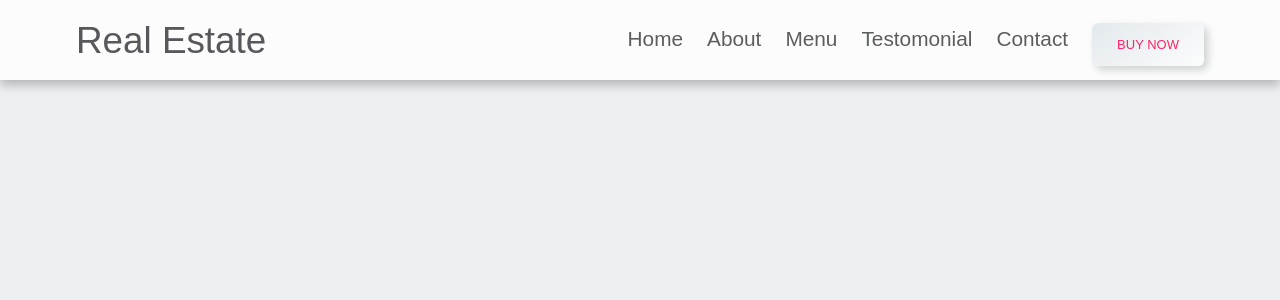
Repository: Sanjayjangra88/PortFolio
Page: /
These files come from the project's save history. The page is drawn as it stood at one moment and after the next save; the edit follows.
The browser window is 1280 px wide. The pictures show the whole page.
Some web libraries are served in a nearby version. The project was rebuilt for these pictures with package versions that can differ from the ones it lists, and the page was loaded fresh each time. Imported but missing from the stored project, and not drawn on this page: src/Components/Header/Navbar.

Above is the page before, as saved 2022-09-10 16:51:13.

### public/index.html
<!DOCTYPE html>
<html lang="en">
  <head>
    <meta charset="utf-8" />
    <link rel="icon" href="%PUBLIC_URL%/favicon.ico" />
    <meta name="viewport" content="width=device-width, initial-scale=1" />
    <meta name="theme-color" content="#000000" />
    <meta
      name="description"
      content="Web site created using create-react-app"
    />
    <link rel="apple-touch-icon" href="%PUBLIC_URL%/logo192.png" />
    <!--
      manifest.json provides metadata used when your web app is installed on a
      user's mobile device or desktop. See https://developers.google.com/web/fundamentals/web-app-manifest/
    -->
    <link rel="manifest" href="%PUBLIC_URL%/manifest.json" />
    <link rel="stylesheet" href="https://cdnjs.cloudflare.com/ajax/libs/font-awesome/6.1.1/css/all.min.css" integrity="sha512-KfkfwYDsLkIlwQp6LFnl8zNdLGxu9YAA1QvwINks4PhcElQSvqcyVLLD9aMhXd13uQjoXtEKNosOWaZqXgel0g==" crossorigin="anonymous" referrerpolicy="no-referrer" />

    <!--
      Notice the use of %PUBLIC_URL% in the tags above.
      It will be replaced with the URL of the `public` folder during the build.
      Only files inside the `public` folder can be referenced from the HTML.

      Unlike "/favicon.ico" or "favicon.ico", "%PUBLIC_URL%/favicon.ico" will
      work correctly both with client-side routing and a non-root public URL.
      Learn how to configure a non-root public URL by running `npm run build`.
    -->

    <link rel="manifest" href="%PUBLIC_URL%/manifest.json" />
    <link href="https://cdn.jsdelivr.net/npm/bootstrap@5.0.2/dist/css/bootstrap.min.css" rel="stylesheet" integrity="sha384-EVSTQN3/azprG1Anm3QDgpJLIm9Nao0Yz1ztcQTwFspd3yD65VohhpuuCOmLASjC" crossorigin="anonymous">
    <title>React App</title>
  </head>
  <body>
    <noscript>You need to enable JavaScript to run this app.</noscript>
    <div id="root"></div>
    <script src="https://kit.fontawesome.com/7578c5a215.js" crossorigin="anonymous"></script>
    <!--
      This HTML file is a template.
      If you open it directly in the browser, you will see an empty page.

      You can add webfonts, meta tags, or analytics to this file.
      The build step will place the bundled scripts into the <body> tag.

      To begin the development, run `npm start` or `yarn start`.
      To create a production bundle, use `npm run build` or `yarn build`.
    -->

    <script src="https://cdn.jsdelivr.net/npm/@popperjs/core@2.9.2/dist/umd/popper.min.js" integrity="sha384-IQsoLXl5PILFhosVNubq5LC7Qb9DXgDA9i+tQ8Zj3iwWAwPtgFTxbJ8NT4GN1R8p" crossorigin="anonymous"></script>
<script src="https://cdn.jsdelivr.net/npm/bootstrap@5.0.2/dist/js/bootstrap.min.js" integrity="sha384-cVKIPhGWiC2Al4u+LWgxfKTRIcfu0JTxR+EQDz/bgldoEyl4H0zUF0QKbrJ0EcQF" crossorigin="anonymous"></script>
  </body>
</html>

### src/App.js
import React from 'react'
import Header from './Components/Header/Header';
import "./App.css"

import Navbar from './Components/Header/Navbar';

const App = () => {
  return (
    <>
      <Header/>
      {/* <Navbar/> */}
    </>
  )
}

export default App

### src/Components/Header/Header.jsx
import React, { useState } from "react"
import "./header.css"
import logo from "../Pic/logo.png"

const Header = () => {
return (
    <>
      {/* <header className='header'>
        <div className='container d_flex'>
          <div className='logo'>
            <img src={logo} alt='' />
          </div>

          <div className='navlink'>
            <ul className="nav-links-mobile">
              <li>
                <a href='#home'>home</a>
              </li>
              <li>
                <a href='#features'>features</a>
              </li>
              <li>
                <a href='#portfolio'>portfolio</a>
              </li>
              <li>
                <a href='#resume'>resume</a>
              </li>
              <li>
                <a href='#clients'>clients</a>
              </li>
              <li>
                <a href='#blog'>blog</a>
              </li>
              <li>
                <a href='#contact'>contact</a>
              </li>
              <li>
                <button className='home-btn'>BUY NOW</button>
              </li>
            </ul>

            <button className='toggle' onClick={() => setMobile(!Mobile)}>
              {Mobile ? <i className='fas fa-times close home-btn'></i> : <i className='fas fa-bars open'></i>}
            </button>
          </div>
        </div>
      </header> */}
        <nav className='navbar'>
        <div className='navbar-container container'>
            <input type="checkbox"name=""id=""/>
            <div className="hamburger-lines">
                <span className='line line1'></span>
                <span className='line line2'></span>
                <span className='line line3'></span>
            </div>
            <ul className='menu-items'>
                <li><a href='#'>Home</a></li>
                <li><a href='#'>About</a></li>
                <li><a href='#'>Menu</a></li>
                <li><a href='#'>Testomonial</a></li>
                <li><a href='#'>Contact</a></li>
                <li><button className='home-btn'>BUY NOW</button></li>

            </ul>
            <h1 className='logo'>Real Estate</h1>

        </div>
        </nav>
      <section className="demo"></section>
    </>
  )
}

export default Header

### src/App.css
@import url('https://fonts.googleapis.com/css2?family=Dancing+Script&family=EB+Garamond:ital,wght@1,500&family=Roboto+Slab:wght@300&display=swap');
* {
  padding: 0;
  margin: 0;
  box-sizing: border-box;
}
html {
  scroll-behavior: smooth;
}
body {
  font-family: "Poppins", sans-serif;
  background-color: #ecf0f3;
}
.container {
  max-width: 95%;
  margin: auto;
}
.d_flex {
  display: flex;
  justify-content: space-between;
}
.f_flex {
  display: flex;
}
a {
  text-decoration: none;
  color: black;
}
li {
  list-style: none;
}
.uppercase {
  text-transform: uppercase;
}
.capitalize {
  text-transform: capitalize;
}

button {
  border: none;
  outline: none;
  background-color: none;
}

.btn_shadow {
  padding: 18px 25px;
  border-radius: 6px;
  transition: 0.3s all ease;
  cursor: pointer;
  color: #000;
  transition: 0.5s;
}
.btn_shadow {
  background: linear-gradient(145deg, #e2e8ec, #ffffff);
  box-shadow: 4px 4px 8px #cbcbcb, -4px -4px 8px #ffffff;
}
.btn_shadow:hover {
  background: #ff014f;
  color: white;
  transform: translateY(-10px);
}
.box_shodow {
  background: linear-gradient(145deg, #e2e8ec, #ffffff);
  box-shadow: 4px 4px 8px #cbcbcb, -4px -4px 8px #ffffff;
  border-radius: 10px;
}
.row,
.left,
.right {
  width: 50%;
}
.top {
  margin-top: 80px;
}
.mtop {
  margin-top: 40px;
}
.heading {
  margin: 50px 0 50px 0;
}
.heading h4 {
  color: #ff014f;
  letter-spacing: 2px;
  font-weight: 400;
}
.heading h1 {
  font-size: 60px;
  color: #3c3e41;
}
h1 {
  color: #3c3e41;
}
.grid {
  display: grid;
  grid-template-columns: repeat(3, 1fr);
  grid-gap: 35px;
}
p {
  color: #3c3e41;
}
.text-center {
  text-align: center;
}
.primary_color {
  color: #ff014f;
}
textarea,
input {
  width: 100%;
  padding: 20px;
  border-radius: 5px;
  outline: none;
  border: 3px solid #e2e8ec;
  margin-bottom: 20px;
}
/*----------Footer---------*/
footer {
  margin: 20% 0 10% 0;
}
footer p {
  margin-top: 30px;
}
/*----------Footer---------*/
@media (max-width: 768px) {
  .grid {
    grid-template-columns: repeat(2, 1fr);
  }
  .left,
  .right {
    width: 100%;
  }
  }

### src/Components/Header/header.css
/* header {
  height: 10vh;
  line-height: 10vh;
}
header .container {
  padding-top: 15px;
}
header ul li {
  margin-left: 30px;
}
header ul li a {
  transition: 0.5s;
  font-size: 13px;
  font-weight: 500;
  letter-spacing: 2px;
}
header ul li a:hover {
  color: #ff014f;
}
.home-btn {
  padding: 18px 25px;
  height: 1vh;
  line-height: 1vh;
  /* font-size: 13px; */
  /* border-radius: 6px;
  transition: 0.3s all ease;
  cursor: pointer;
  height: fit-content;
  color: #ff014f;

}
.home-btn {
  background: linear-gradient(145deg, #e2e8ec, #ffffff);
  box-shadow: 4px 4px 8px #cbcbcb, -4px -4px 8px #ffffff;
}
.home-btn:hover {
  background: #ff014f;
  color: white;
}
.toggle {
  display: none;
}

.header.active {
  height: 12vh;
  position: fixed;
  top: 0;
  z-index: 1000;
  width: 100%;
  background-color: #ecf0f3;
  box-shadow: -1px 11px 24px -11px rgba(0, 0, 0, 0.75);
  transition: 0.5s;
}
@media (max-width:768px) {
  header ul {
    padding-top: 30px;
  }
  .nav-links-mobile {
    position: absolute;
    display: block;
    list-style: none;
    box-shadow: rgba(50, 50, 93, 0.23) 0px 50px 100px -20px, rgba(0, 0, 0, 0.3) 0px 30px 60px -30px;
    left: 0;
    top: 0;
    transition: all 0.5s ease-in-out;
    width: 60%;
    height: 100vh;
    background-color: white;
    z-index: 888;
  }
  header ul li {
    width: 100%;
    transition: all 0.5s ease-in-out;
    text-transform: uppercase;
    line-height: 70px;
  }
  header .link {
    display: none;
  }
  .close,
  .open {
    position: absolute;
    top: 35px;
    right: 20px;
    color: #ff014f;
    display: block;
    font-size: 25px;
    z-index: 999;
  }
  .close {
    right: 45%;
  }
  .close.home-btn {
    background: linear-gradient(145deg, #e2e8ec, #ffffff);
    color: #ff014f;
    border-radius: 50%;
    padding: 0;
    width: 60px;
    height: 60px;
    line-height: 60px;
  }
  .header.active {
    height: 10vh;
  }
}
.demo{
  height: 300vh;
} */




*,
*::after,
*::before{
    box-sizing: border-box;
    padding: 0;
    margin: 0;
}

.html{
    font-size: 62.5%;
}

.navbar input[type="checkbox"],
.navbar .hamburger-lines{
    display: none;
}

.container{
    max-width: 1200px;
    width: 90%;
    margin: auto;
}

.navbar{
    box-shadow: 0px 5px 10px 0px #aaa;
    /* position: fixed; */
    width: 100%;
    background: #fff;
    color: #000;
    opacity: 0.85;
    z-index: 100;
}

.navbar-container{
    display: flex;
    justify-content: space-between;
    height: 64px;
    align-items: center;
}

.menu-items{
    margin-top: 15px;
    order: 2;
    display: flex;
}
.logo{
    order: 1;
    font-size: 2.3rem;
}

.menu-items li{
    list-style: none;
    margin-left: 1.5rem;
    font-size: 1.3rem;
}

.navbar a{
    color: #444;
    text-decoration: none;
    font-weight: 500;
    transition: color 0.3s ease-in-out;
}

.navbar a:hover{
    color: #117964;
}
.home-btn:hover {
  background: #ff014f;
  color: white;
}


.home-btn {
  padding: 18px 25px;
  height: 1vh;
  line-height: 1vh;
  font-size: 13px;
  border-radius: 6px;
  transition: 0.3s all ease;
  cursor: pointer;
  height: fit-content;
  color: #ff014f;

}
.home-btn {
  background: linear-gradient(145deg, #e2e8ec, #ffffff);
  box-shadow: 4px 4px 8px #cbcbcb, -4px -4px 8px #ffffff;
}

@media (max-width: 768px){
    .navbar{
        opacity: 0.95;
    }

    .navbar-container input[type="checkbox"],
    .navbar-container .hamburger-lines{
        display: block;
    }

    .navbar-container{
        display: block;
        position: relative;
        height: 64px;
    }

    .navbar-container input[type="checkbox"]{
        position: absolute;
        display: block;
        height: 32px;
        width: 30px;
        top: 20px;
        left: 20px;
        z-index: 5;
        opacity: 0;
        cursor: pointer;
    }

    .navbar-container .hamburger-lines{
        display: block;
        height: 28px;
        width: 35px;
        position: absolute;
        top: 20px;
        left: 20px;
        z-index: 2;
        display: flex;
        flex-direction: column;
        justify-content: space-between;
    }

    .navbar-container .hamburger-lines .line{
        display: block;
        height: 4px;
        width: 100%;
        border-radius: 10px;
        background: #333;
    }

    .navbar-container .hamburger-lines .line1{
        transform-origin: 0% 0%;
        transition: transform 0.3s ease-in-out;
    }

    .navbar-container .hamburger-lines .line2{
        transition: transform 0.2s ease-in-out;
    }

    .navbar-container .hamburger-lines .line3{
        transform-origin: 0% 100%;
        transition: transform 0.3s ease-in-out;
    }

    .navbar .menu-items{
        padding-top: 100px;
        background: #fff;
        height: 100vh;
        max-width: 300px;
        transform: translate(-150%);
        display: flex;
        flex-direction: column;
        margin-left: -40px;
        padding-left: 40px;
        transition: transform 0.5s ease-in-out;
        box-shadow:  5px 0px 10px 0px #aaa;
        overflow: scroll;
    }

    .navbar .menu-items li{
        margin-bottom: 1.8rem;
        font-size: 1.1rem;
        font-weight: 500;
    }

    .logo{
        position: absolute;
        top: 10px;
        right: 15px;
        font-size: 2.5rem;
    }

    .navbar-container input[type="checkbox"]:checked ~ .menu-items{
        transform: translateX(0);
    }

    .navbar-container input[type="checkbox"]:checked ~ .hamburger-lines .line1{
        transform: rotate(45deg);
    }

    .navbar-container input[type="checkbox"]:checked ~ .hamburger-lines .line2{
        transform: scaleY(0);
    }

    .navbar-container input[type="checkbox"]:checked ~ .hamburger-lines .line3{
        transform: rotate(-45deg);
    }

}

@media (max-width: 500px){
    .navbar-container input[type="checkbox"]:checked ~ .logo{
        display: none;
    }
}

Loaded but not shown: src/index.js (common file); src/index.css (common file); src/reportWebVitals.js (common file)

After the next save:
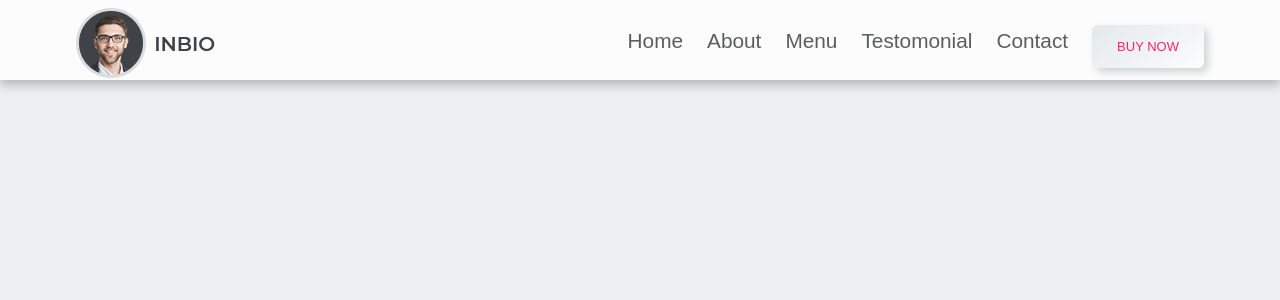
Saved 100 s later.
--- a/src/Components/Header/Header.jsx
+++ b/src/Components/Header/Header.jsx
@@ -62,7 +62,7 @@ return (
                 <li><button className='home-btn'>BUY NOW</button></li>
 
             </ul>
-            <h1 className='logo'>Real Estate</h1>
+            <h1 className='logo'><img src={logo} alt='' /></h1>
 
         </div>
         </nav>
